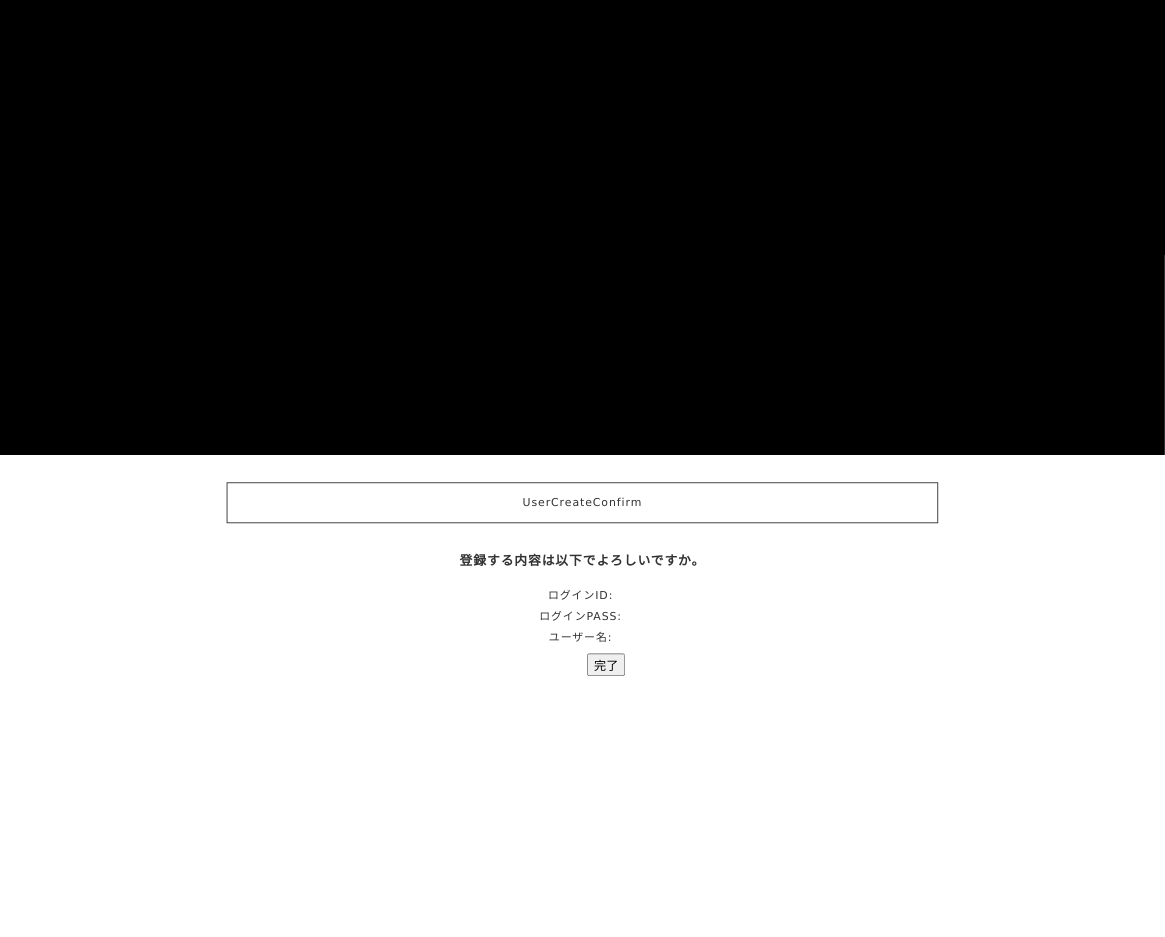
Repository: Eu-kr2018/test
Page: http://localhost/template/userCreateConfirm.jsp
An editor plug-in stored every save of this project. The page is shown before and after the next save, followed by the edit.
The browser window is 1280 px wide. The pictures show the whole page, at 91% of full size.
The page is served by Tomcat 9.

Above is the page before, as saved 2018-08-21 23:21:32.

After the next save:
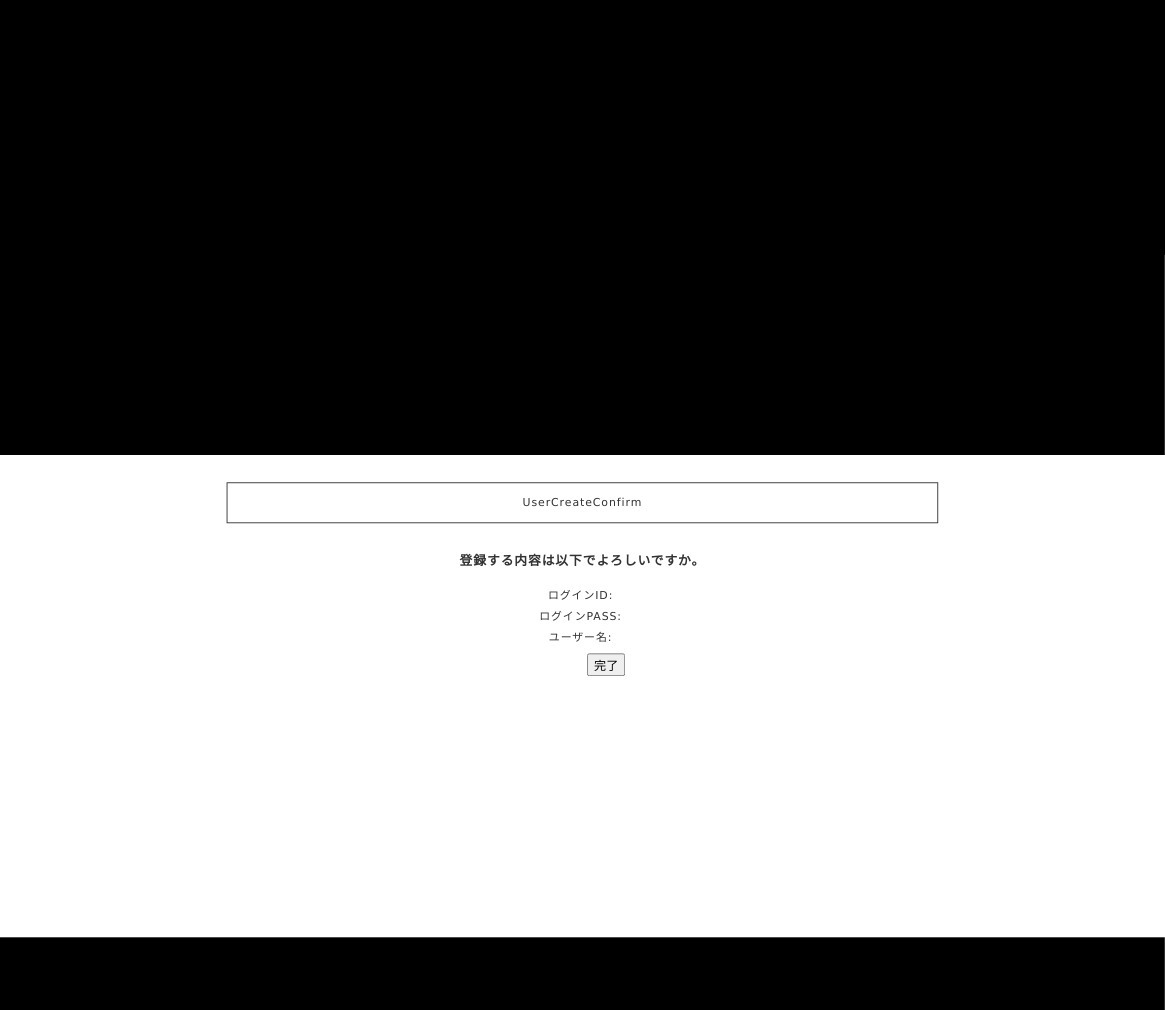
Saved 2 min 22 s later.
--- a/template/WebContent/userCreateConfirm.jsp
+++ b/template/WebContent/userCreateConfirm.jsp
@@ -68,39 +68,42 @@
 				<h3>登録する内容は以下でよろしいですか。</h3>
 				<table>
 					<s:form action="UserCreateCompleteAction">
-				<tr id="box">
-					<td>
-						<label>ログインID:</label>
-					</td>
-					<td>
-						<s:property value="loginUserId" escape="false"/>
-					</td>
-				</tr>
-				<tr id="box">
-					<td>
-						<label>ログインPASS:</label>
-					</td>
-					<td>
-						<s:property value="loginPassword" escape="false"/>
-					</td>
-				</tr>
-				<tr id="box">
-					<td>
-						<label>ユーザー名:</label>
-					</td>
-					<td>
-						<s:property value="userName" escape="false"/>
-					</td>
-				</tr>
-				<tr>
-					<td>
-						<s:submit value="完了"/>
-					</td>
-				</tr>
-			</s:form>
-
-				</table>
-			</div>
+					<tr id="box">
+						<td>
+							<label>ログインID:</label>
+						</td>
+						<td>
+							<s:property value="loginUserId" escape="false"/>
+						</td>
+					</tr>
+					<tr id="box">
+						<td>
+							<label>ログインPASS:</label>
+						</td>
+						<td>
+							<s:property value="loginPassword" escape="false"/>
+						</td>
+					</tr>
+					<tr id="box">
+						<td>
+							<label>ユーザー名:</label>
+						</td>
+						<td>
+							<s:property value="userName" escape="false"/>
+						</td>
+					</tr>
+					<tr>
+						<td>
+							<s:submit value="完了"/>
+						</td>
+					</tr>
+				</s:form>
+			</table>
 		</div>
-	</body>
+	</div>
+	<div id="footer">
+		<div id="pr">
+		</div>
+	</div>
+</body>
 </html>
